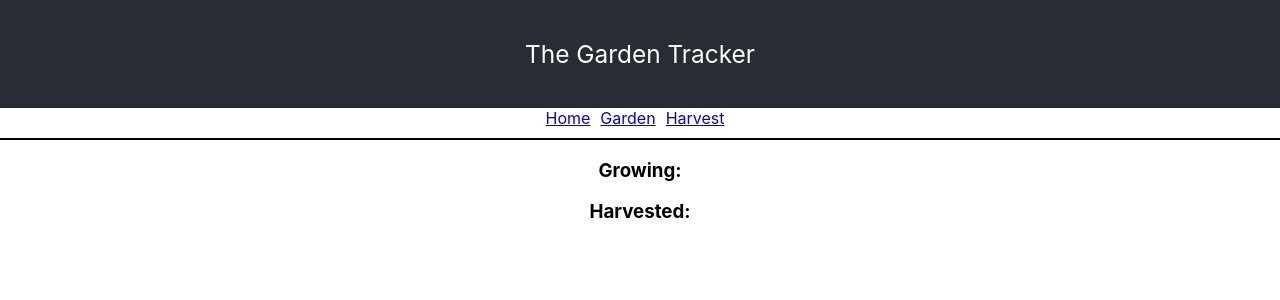
Repository: charliejp0311/ReactReduxFinal
Page: / (app in gardentracker/)
An editor plug-in stored every save of this project. The page is shown before and after the next save, followed by the edit.
The browser window is 1280 px wide. The pictures show the whole page.
The page's requests for data from a server got no answer. The project was rebuilt for these pictures with package versions that can differ from the ones it lists, and the page was loaded fresh each time. No one was signed in, and anything a server would have sent is missing. Also part of the build but not shown: gardentracker/src/components/plantForm.js, gardentracker/src/components/GardenPlant.js, gardentracker/src/components/HarvestPlant.js, gardentracker/src/components/plantList.js, gardentracker/src/containers/GardenContainer.js, gardentracker/src/containers/HarvestContainer.js, gardentracker/src/components/UpdatePlantForm.js, gardentracker/src/components/NoteForm.js and 3 more.

Above is the page before, as saved 2020-11-09 11:53:31.

### gardentracker/src/index.js
import React from 'react';
import ReactDOM from 'react-dom';
//style
import './index.css';
//APP
import App from './containers/App';
//Reducer
import reducer from './redux/index'
//router
import { BrowserRouter } from "react-router-dom";
//store and middleware
import { Provider } from 'react-redux';
import { applyMiddleware, createStore } from 'redux';
import { composeWithDevTools } from 'redux-devtools-extension';
import thunk from 'redux-thunk';

const store = createStore(reducer, composeWithDevTools(
  applyMiddleware(thunk),
));


ReactDOM.render(
  <Provider store={store}>
    <BrowserRouter>
      <App />
    </BrowserRouter>
  </Provider>,
  document.getElementById('root')
);

### gardentracker/src/containers/App.js
import React,{Component} from 'react';
import '../App.css';
import { connect } from 'react-redux';
import {startSetGardenbook} from '../redux/actions';
import {Switch,Route} from 'react-router-dom';
import GardenbookContainer from './GardenbookContainer';
import GardenContainer from './GardenContainer';
import HarvestContainer from './HarvestContainer';
import PlantContainer from './PlantContainer';
import NavBar from '../components/Navbar';
import HarvestedPlant from '../components/HarvestedPlant';

class App extends Component {


  componentDidMount(){
    this.props.startSetGardenbook();

  };

  render(){
    return (
      <div className="App">
          <header className="App-header">
            The Garden Tracker
          </header>
          <NavBar />
          <Switch>
            <Route exact path='/' render={(props)=><GardenbookContainer {...props} />} />
            <Route exact path='/garden' render={(props)=><GardenContainer {...props} />}/>
            <Route exact path='/harvest' render={(props)=><HarvestContainer {...props}/>}/>
            <Route exact path='/plants/:id' render={(props)=><PlantContainer {...props}  />}/>
            <Route exact path='/harvested_plant/:id' render={props=><HarvestedPlant {...props} />} />
          </Switch>
      </div>
    );
  };
}

export default connect(null, {startSetGardenbook})(App);

### gardentracker/src/redux/index.js
import { combineReducers } from 'redux';
import garden from './GardenReducer'

export default combineReducers({
    garden
})

### gardentracker/src/App.css
.App {
  text-align: center;
}

.App-logo {
  height: 40vmin;
  pointer-events: none;
}

@media (prefers-reduced-motion: no-preference) {
  .App-logo {
    animation: App-logo-spin infinite 20s linear;
  }
}

.App-header {
  background-color: #282c34;
  min-height: 15vh;
  display: flex;
  flex-direction: column;
  align-items: center;
  justify-content: center;
  font-size: calc(10px + 2vmin);
  color: white;
}

.App-link {
  color: #61dafb;
}

.garden {
  display: grid;
  grid-template-columns: 3fr;
  grid-template-rows: auto;
  grid-gap: 25px;
  padding-top: 10px;
  padding-bottom: 30px;
}

/* .plant {
  height: auto;
  width: auto;
  box-shadow: 10px 10px grey;
  padding: 10px;
  border-radius: 10px;
} */

@keyframes App-logo-spin {
  from {
    transform: rotate(0deg);
  }
  to {
    transform: rotate(360deg);
  }
}

### gardentracker/src/redux/actions.js

export const startSetGardenbook = () => {
    return(dispatch, getState)=>{
        fetch('http://localhost:3001/gardenbooks/1')
            .then(resp=>resp.json())
            .then(data=> dispatch(setGardenbook(data)))
    };
};

export const startAddPlant = (plantData={}) => {
    const {name,description,gardenbook_id} = plantData;
    const plant ={
        name,
        description,
        gardenbook_id,
    };
    let configObj = {
        method: "POST",
        headers: {
            "Content-Type": "application/json",
            "Accept": "application/json"
        },
        body: JSON.stringify(plant)
    };
    return (dispatch, getState) =>{
        fetch(`http://localhost:3001/plants`, configObj )
        .then(resp=>resp.json())
        .then(json=>dispatch(addPlant(json)))
    };
};

export const startUpdatePlant = (plantData={}) => {
    const {name,description,gardenbook_id, id, growing} = plantData;
    const plant ={
        id,
        name,
        description,
        gardenbook_id,
        growing,
    };
    let configObj = {
        method: "PATCH",
        headers: {
            "Content-Type": "application/json",
            "Accept": "application/json"
        },
        body: JSON.stringify(plant)
    };
    return (dispatch, getState) =>{
        fetch(`http://localhost:3001/plants/${plant.id}`, configObj )
        .then(resp=>resp.json())
        .then(json=>dispatch(updatePlant(json)))
    };
};

export const startDeletePlant = (plantData={}) => {
    const {name,description,gardenbook_id, id, growing} = plantData;
    const plant ={
        id,
        name,
        description,
        gardenbook_id,
        growing,
    };
    let configObj = {
        method: "DELETE",
        headers: {
            "Content-Type": "application/json",
            "Accept": "application/json"
        },
        body: JSON.stringify(plant)
    };
    return (dispatch, getState) =>{
        fetch(`http://localhost:3001/plants/${plant.id}`, configObj )
        .then(resp=>resp.json())
        .then(json=>dispatch(deletePlant(json)))
    };
};
export const startDeleteNote = (id = '') => {
    const note = {
        id: id,
    }
    let configObj = {
        method: "DELETE",
        headers: {
            "Content-Type": "application/json",
            "Accept": "application/json"
        },
        body: JSON.stringify(note),
    };
    return (dispatch, getState) =>{
        fetch(`http://localhost:3001/notes/${note.id}`, configObj )
        .then(resp=>resp.json())
        .then(json=>dispatch(deleteNote(json)))
    };
};

export const startAddNote = (noteData={}) => {
    const {note,plant_id,gardenbook_id,actionId} = noteData;
    const newNote ={
        note,
        plant_id,
        gardenbook_id,
        action_id: actionId
    };
    let configObj = {
        method: "POST",
        headers: {
            "Content-Type": "application/json",
            "Accept": "application/json"
        },
        body: JSON.stringify(newNote)
    };
    return (dispatch, getState) =>{
        fetch(`http://localhost:3001/notes`, configObj )
        .then(resp=>resp.json())
        .then(json=>dispatch(addNote(json)))
    };
};

export const setGardenbook = (book)=>{
    return{
        type: "SET_GARDENBOOK",
        book
    }
}


//PLANTS
export const addPlant = (plant) => {
    return {type: 'ADD_PLANT',plant}
}
export const updatePlant = (plant) =>{
    return {type: 'UPDATE_PLANT',plant}
}
export const deletePlant = (plant) => {
    return {type: 'DELETE_PLANT',plant}
}
export const harvestPlant = (plant) => {
    return {type: 'HARVEST_PLANT',plant}
}

////NOTES

export const addNote = (note) => {
    return {type: 'ADD_NOTE',note}
}
export const deleteNote = (note) => {
    return {type: 'DELETE_NOTE',note}
}

### gardentracker/src/containers/GardenbookContainer.js
import React,{Component} from 'react';
import {connect} from 'react-redux';



class GardenbookContainer extends Component{

    render(){
        let inGarden = this.props.garden.map(p=>{return(<li key={p.id}>{p.name}</li>)})
        let harvested = this.props.harvest.map(p=>{return(<li key={p.id}>{p.name}</li>)})

        return(
        <div>
            <div>
                <h3>Growing:</h3>
                <ul>{inGarden}</ul>
            </div>
            <div>
                <h3>Harvested:</h3>
                <ul>{harvested}</ul>
            </div>
        </div>
        );
    };
};

const mapStateToProps = state => {
    return{
        id: state.garden.id,
        garden: state.garden.garden,
        harvest: state.garden.harvest,
    }
}


export default connect(mapStateToProps)(GardenbookContainer);

### gardentracker/src/components/Navbar.js
import React from 'react';
import { NavLink } from 'react-router-dom';

const NavBar = () => {
  return (
    <div style={{ borderBottom: '2px solid black', paddingBottom: '10px', marginBottom: '12px' }}>
      <NavLink
        style={{ marginRight: '10px' }}
        to="/"
      >
        Home
      </NavLink>
      <NavLink
        style={{ marginRight: '10px' }}
        to="/garden"
      >
        Garden
      </NavLink>
      <NavLink
        style={{ marginRight: '10px' }}
        to="/harvest"
      >
        Harvest
      </NavLink>
    </div>
  );
}

export default NavBar;

### gardentracker/src/redux/GardenReducer.js
export default function garden (state = {
    id: '',
    garden: [],
    harvest: [],
    notes: [],
    actions: []
},action){
    switch (action.type) {
        case 'SET_GARDENBOOK':
            let parts = action.book.included
            let gl = []
            let hl = []
            let nl = []
            let al = []
            parts.forEach(part => {
                switch (part.type) {
                    case "action":
                        al.push(part.attributes)
                        break;
                    case "note":
                        nl.push(part.attributes)

                        break;
                    case "plant":
                        if(part.attributes.growing){
                            gl.push(part.attributes)
                        } else {
                            hl.push(part.attributes)
                        }
                        break;

                    default:
                        break;
                }
            });
            return {
                id: action.book.data.id,
                notes: nl,
                garden: gl,
                harvest: hl,
                actions: al,
            };

        case 'ADD_PLANT':
            return {
                ...state,
                garden: state.garden.concat({name: action.plant.name})
            };
        case 'UPDATE_PLANT':
            const plant = action.plant.data.attributes
            const {garden} = state
            const newG = garden.slice(0,plant.id-1)
            newG.push(plant, ...garden.slice(plant.id,garden.length))

            return {
                ...state,
                garden: newG,
            };
        case 'ADD_NOTE':
            const notesData = action.note.data
            const actionsData = action.note.included
            const actions = actionsData.map(action=>{return(action.attributes)})
            const notes = notesData.map(note=>{return(note.attributes)})
            return {
                ...state,
                notes: notes,
                actions: actions,
            };

        case 'DELETE_PLANT':
            const plants = action.plant.included;
            const freshGarden = plants.filter(plant=>plant.attributes.growing ? plant.attributes : null)

            return {
                ...state,
                garden: freshGarden.flat(),
            };
        case 'DELETE_NOTE':
            const allNotes = action.note.included;
            const ns = allNotes.map(note=>{return(note.attributes)});

            return {
                ...state,
                notes: ns,
            };

        case 'HARVEST_PLANT':
            let p = state.plants.filter(plant=>plant.name===action.plant.name) ;
            let inTheGarden = state.plants.filter(plant=>plant.name!==action.plant.name);
            return{
                ...state,
                plants: inTheGarden,
                harvest: state.harvest.concat(p),
            };

        default:
            return state;
    };
};

Loaded but not shown: gardentracker/public/index.html (common file); gardentracker/src/index.css (common file)

After the next save:
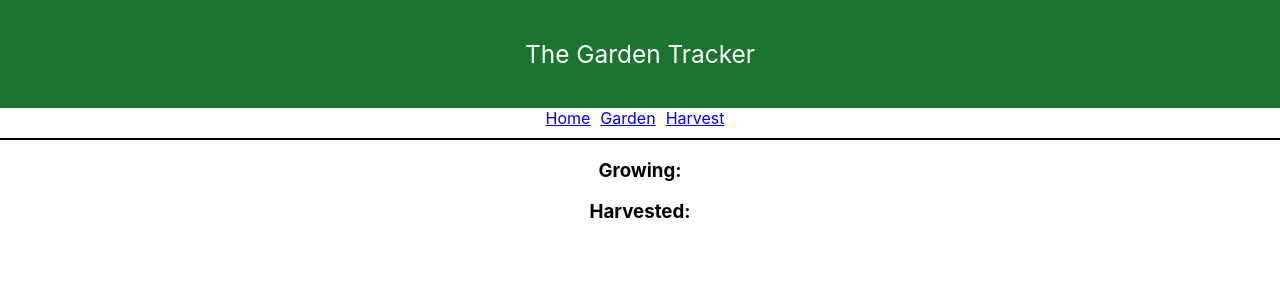
Saved 3 min 25 s later.
--- a/gardentracker/src/App.css
+++ b/gardentracker/src/App.css
@@ -14,7 +14,7 @@
 }
 
 .App-header {
-  background-color: #282c34;
+  background-color: #1b7531;
   min-height: 15vh;
   display: flex;
   flex-direction: column;
@@ -37,13 +37,13 @@
   padding-bottom: 30px;
 }
 
-/* .plant {
+.plant {
   height: auto;
   width: auto;
   box-shadow: 10px 10px grey;
   padding: 10px;
   border-radius: 10px;
-} */
+}
 
 @keyframes App-logo-spin {
   from {
